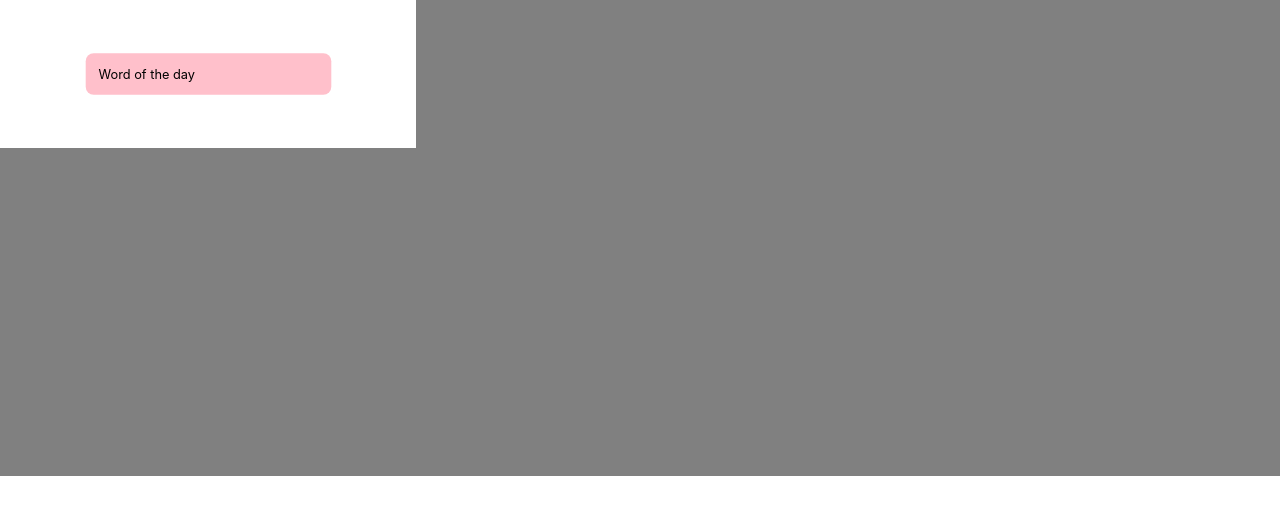
Repository: roistyx/react
Page: /components (app in layouts-app/)
An editor plug-in stored every save of this project. The page is shown before and after the next save, followed by the edit.
The browser window is 1280 px wide. The pictures show the whole page.
The project was rebuilt for these pictures with package versions that can differ from the ones it lists, and the page was loaded fresh each time. Also part of the build but not shown: layouts-app/src/layouts/Line.css, layouts-app/src/layouts/Line.js, layouts-app/src/elements/Btn.css, layouts-app/src/elements/Btn.js, layouts-app/src/elements/TextField.css, layouts-app/src/elements/TextField.js, layouts-app/src/display/Typography.css, layouts-app/src/layouts/Layouts.js.

Above is the page before, as saved 2023-05-03 10:41:32.

### layouts-app/src/index.js
import React from 'react';
import ReactDOM from 'react-dom/client';
import { BrowserRouter } from 'react-router-dom';

import './index.css';
import App from './App';
import reportWebVitals from './reportWebVitals';

const root = ReactDOM.createRoot(document.getElementById('root'));
root.render(
	<BrowserRouter>
		<App />
	</BrowserRouter>
);

// If you want to start measuring performance in your app, pass a function
// to log results (for example: reportWebVitals(console.log))
// or send to an analytics endpoint. Learn more: https://bit.ly/CRA-vitals
reportWebVitals();

### layouts-app/src/App.js
import React, { Component } from 'react';
import { Route, Routes } from 'react-router-dom';

import { Between, SpaceEvenly, Center, FlexEnd } from './layouts/Line';
import { Btn } from './elements/Btn';
import { Rows } from './layouts/Line';
import SearchField from './elements/TextField';
import { AlignCenter } from './layouts/Line';
import { Box } from './layouts/Box';
import { Grid } from './layouts/Grid';
import Components from './components/Components';
import Layouts from './layouts/Layouts';

export default function App() {
	return (
		<div>
			<Routes>
				<Route path="layouts" element={<Layouts />} />
				<Route path="/components" element={<Components />} />
			</Routes>
		</div>
	);
}

### layouts-app/src/layouts/Box.js
import './Box.css';

export const Box = ({
	boxWidth,
	boxMargin,
	bgColor,
	borderRadius,
	gap,
	children,
}) => {
	const style = {
		...(boxWidth ? { '--boxWidth': boxWidth } : {}),
		...(boxMargin ? { '--boxMargin': boxMargin } : {}),
		...(bgColor ? { '--bgColor': bgColor } : {}),
		...(borderRadius ? { '--border-radius': borderRadius } : {}),
		...(gap ? { '--gap': gap } : {}),
	};

	return (
		<div className="Box" style={style}>
			{children}
		</div>
	);
};

### layouts-app/src/layouts/Grid.js
import './Grid.css';

export const Grid = ({ bgColor, childBbgColor, gap, children }) => {
	console.log(bgColor, childBbgColor, gap, 'bgColor, gap');
	const style = {
		...(childBbgColor ? { '--childBbgColor': childBbgColor } : {}),
		...(bgColor ? { '--bgColor': bgColor } : {}),
		...(gap ? { '--gap': gap } : {}),
	};
	return (
		<div className="Grid" style={style}>
			{children}
		</div>
	);
};

### layouts-app/src/components/Components.js
import React from 'react';
import { Grid } from '../layouts/Grid';
import { Box } from '../layouts/Box';
import BasicCard from '../components/Cards/BasicCard';
import './Components.css';

export default function Components() {
	console.log('Components');
	return (
		<div className="Components">
			<Grid childBbgColor="white" bgColor="grey" gap="1rem">
				<BasicCard
					cardWidth="275px"
					bgColor="pink"
					borderRadius="10px"
					gap="1rem"
					boxMargin="2rem"
				/>
			</Grid>
		</div>
	);
}

### layouts-app/src/layouts/Box.css
.Box {
	background-color: var(--bgColor);
	border: 1px solid var(--border);
	padding: var(--gap);
	margin: var(--boxMargin);
	width: var(--boxWidth);
	border-radius: var(--border-radius);
}

### layouts-app/src/layouts/Grid.css
.Grid {
	/* row-gap: var(--gap, 400px); */
	background-color: var(--bgColor);
	display: grid;
	height: 100%;
	grid-template-rows: 1fr 1fr 1fr;
	grid-template-columns: repeat(3, 1fr);
	/* grid-template-rows: 100px 100px 100px; */
	gap: var(--gap);
}

.Grid > * {
	color: black;
	background-color: var(--childBbgColor);

	font-size: 16px;
	display: flex;
	align-items: center;
	justify-content: center;
}

/* .Grid > :nth-child(1) {
	background-color: var(--bgColor);
	color: black;
} */

/* .Grid > :nth-child(2) {
}

.Grid > :nth-child(3) {
	background-color: #e1e1e1;
} */

### layouts-app/src/components/Cards/BasicCard.js
import React from 'react';
import { Box } from '../../layouts/Box';
import './BasicCard.css';
import Typography from '../../display/Typography';

const BasicCard = ({
	cardWidth,
	boxMargin,
	bgColor,
	borderRadius,
	gap,
	children,
}) => {
	const style = {
		...(cardWidth ? { '--cardWidth': cardWidth } : {}),
		...(boxMargin ? { '--boxMargin': boxMargin } : {}),
		...(bgColor ? { '--bgColor': bgColor } : {}),
		...(borderRadius ? { '--border-radius': borderRadius } : {}),
		...(gap ? { '--gap': gap } : {}),
	};

	return (
		<Box>
			<span className="BasicCard" style={style}>
				<Typography
					FontFamily="Roboto"
					fontSize="1.5rem"
					fontColor="black"
					fontWeight="bold"
					lineHeight="1.5"
					letterSpacing="0.00938em"
					gutterBottom="true"
				>
					Word of the day
				</Typography>
			</span>
		</Box>
	);
};

export default BasicCard;

### layouts-app/src/components/Components.css
.Components {
	/* background-color: var(--bgColor);
	border: 1px solid var(--border);
	padding: var(--gap);
	margin: var(--boxMargin);
	border-radius: var(--border-radius); */
}

### layouts-app/src/components/Cards/BasicCard.css
/* :root {
	--background: #fff;
	--border: #fff;
	--gap: 1rem;
	--margin: 0 0 0 0;
	--border-radius: 0.25rem;
} */

.BasicCard {
	display: 'inline-block';
	min-width: var(--cardWidth);
	transform: scale(0.8);

	background-color: var(--bgColor);
	border: 1px solid var(--border);
	padding: var(--gap);
	margin: var(--boxMargin);
	border-radius: var(--border-radius);
}

### layouts-app/src/display/Typography.js
import React from 'react';
import './Typography.css';

export default function Typography({
	FontFamily,
	fontSize,
	fontColor,
	fontWeight,
	lineHeight,
	letterSpacing,
	children,
}) {
	const style = {
		...(FontFamily ? { '--FontFamily': FontFamily } : {}),
		...(fontSize ? { '--fontSize': fontSize } : {}),
		...(fontColor ? { '--fontColor': fontColor } : {}),
		...(fontWeight ? { '--fontWeight': fontWeight } : {}),
		...(lineHeight ? { '--lineHeight': lineHeight } : {}),
		...(letterSpacing ? { '--letterSpacing': letterSpacing } : {}),
	};
	return (
		<div className="Typography" style={style}>
			{children}
		</div>
	);
}

Loaded but not shown: layouts-app/public/index.html (common file); layouts-app/src/index.css (common file); layouts-app/src/reportWebVitals.js (common file)

After the next save:
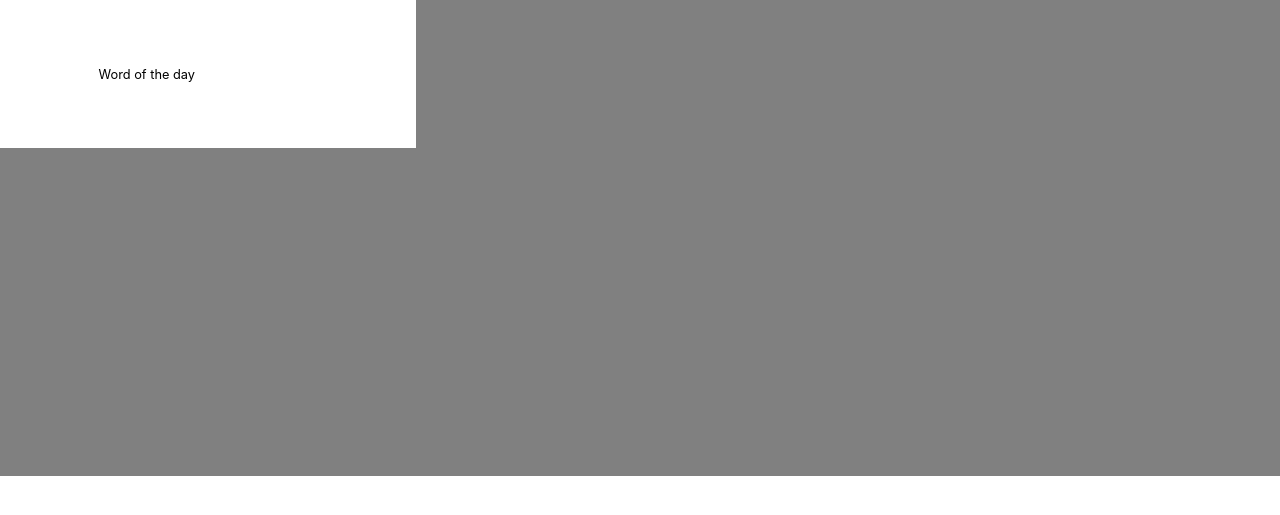
Saved 84 s later.
--- a/layouts-app/src/components/Components.js
+++ b/layouts-app/src/components/Components.js
@@ -11,7 +11,7 @@ export default function Components() {
 			<Grid childBbgColor="white" bgColor="grey" gap="1rem">
 				<BasicCard
 					cardWidth="275px"
-					bgColor="pink"
+					bgColor="#fff"
 					borderRadius="10px"
 					gap="1rem"
 					boxMargin="2rem"
